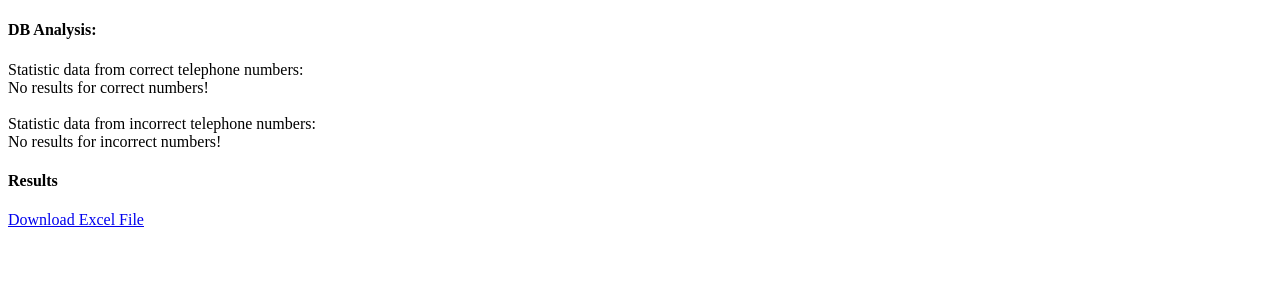
Repository: nathansandi/SpringCourse_Solutions
Page: http://localhost/OLX/WEB-INF/view/dbanalysis.jsp
An editor plug-in stored every save of this project. The page is shown before and after the next save, followed by the edit.
The browser window is 1280 px wide. The pictures show the whole page.
The page is served by Tomcat 9. Nobody is signed in. The template is opened directly, without the code that normally fills it, so the values that code supplies are empty.

Above is the page before, as saved 2019-03-27 21:53:20.

After the next save:
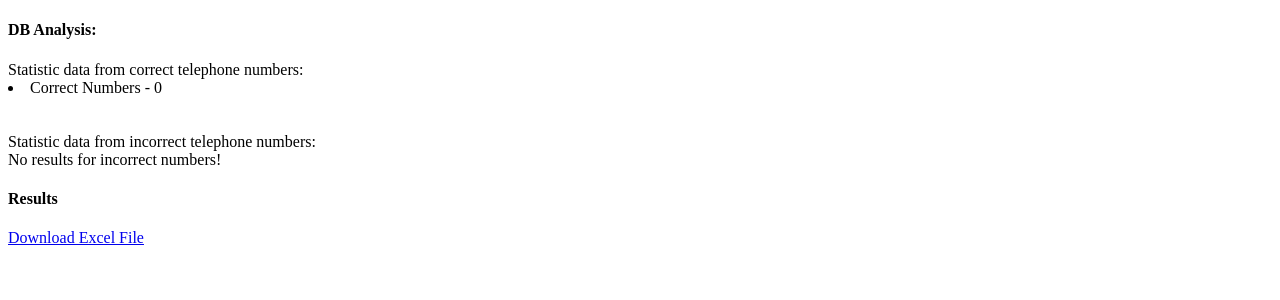
Saved 81 s later.
--- a/OLX/WebContent/WEB-INF/view/dbanalysis.jsp
+++ b/OLX/WebContent/WEB-INF/view/dbanalysis.jsp
@@ -19,7 +19,7 @@
         Statistic data from correct telephone numbers:
         <br>
 		<c:if test="${empty(dbanalysis)}">
-			  No results for correct numbers!
+			  <li>Correct Numbers - 0</li>
 			  <br>
 		</c:if>
         <c:if test="${!empty(dbanalysis)}">
